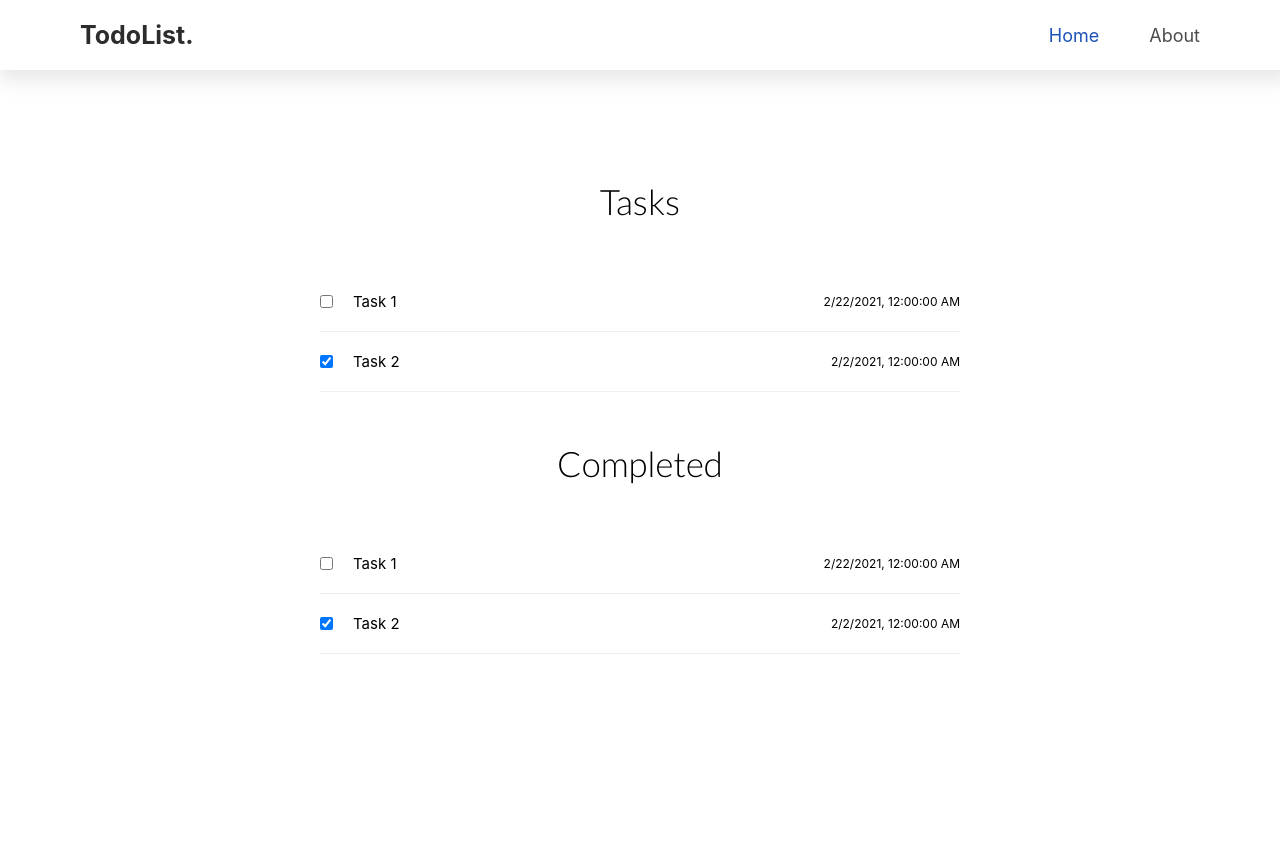
Repository: dqhuy153/react-todoList
Page: /
An editor plug-in stored every save of this project. The page is shown before and after the next save, followed by the edit.
The browser window is 1280 px wide. The pictures show the whole page.
The project was rebuilt for these pictures with package versions that can differ from the ones it lists, and the page was loaded fresh each time. Also part of the build but not shown: src/components/UI/LoadingSpinner.module.scss.

Above is the page before, as saved 2021-09-16 20:49:48.

After the next save:
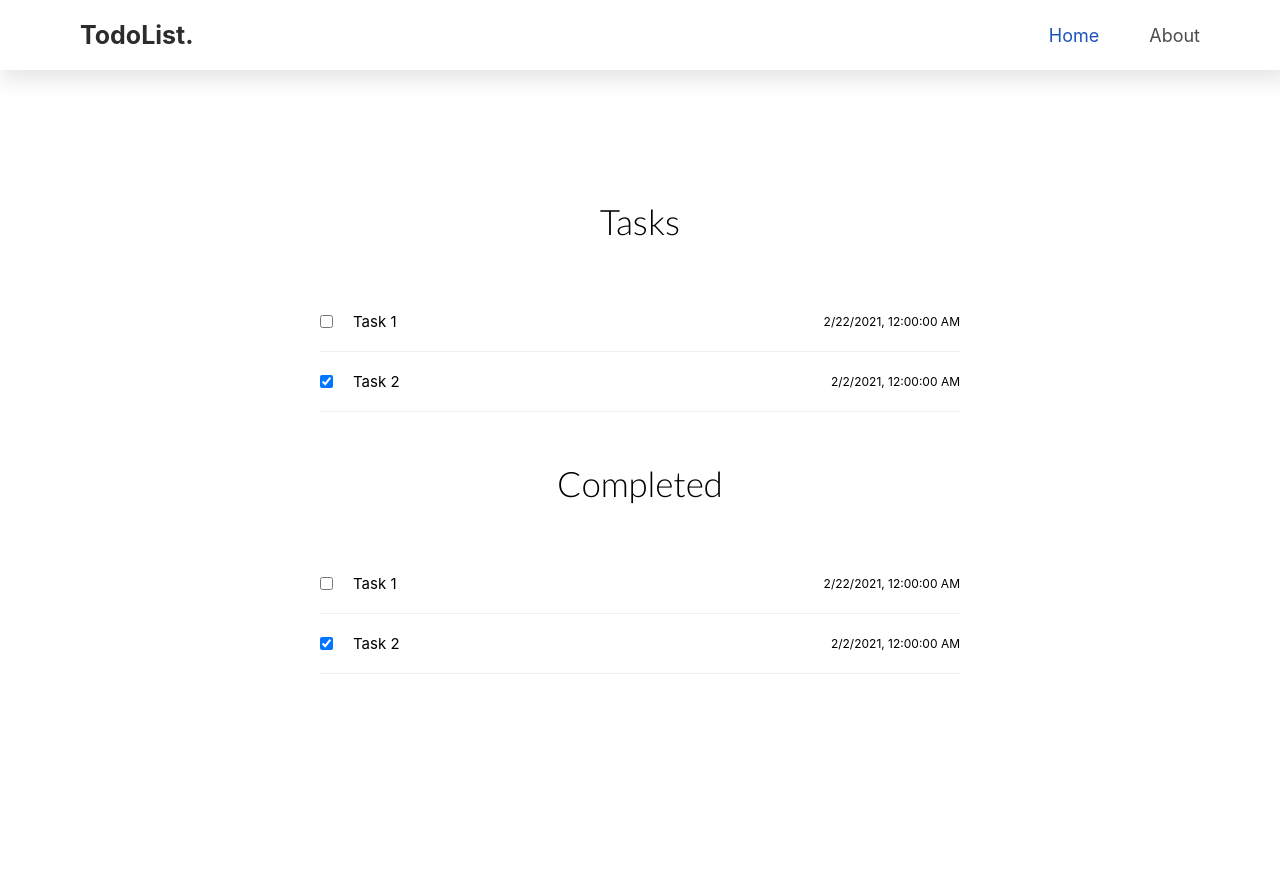
Saved 6 s later.
--- a/src/components/pages/Home.module.scss
+++ b/src/components/pages/Home.module.scss
@@ -6,6 +6,6 @@
     font-family: 'Lato', sans-serif;
     font-weight: 300;
     font-size: 3.5rem;
-    margin-top: 3rem;
+    margin-top: 5rem;
   }
 }
